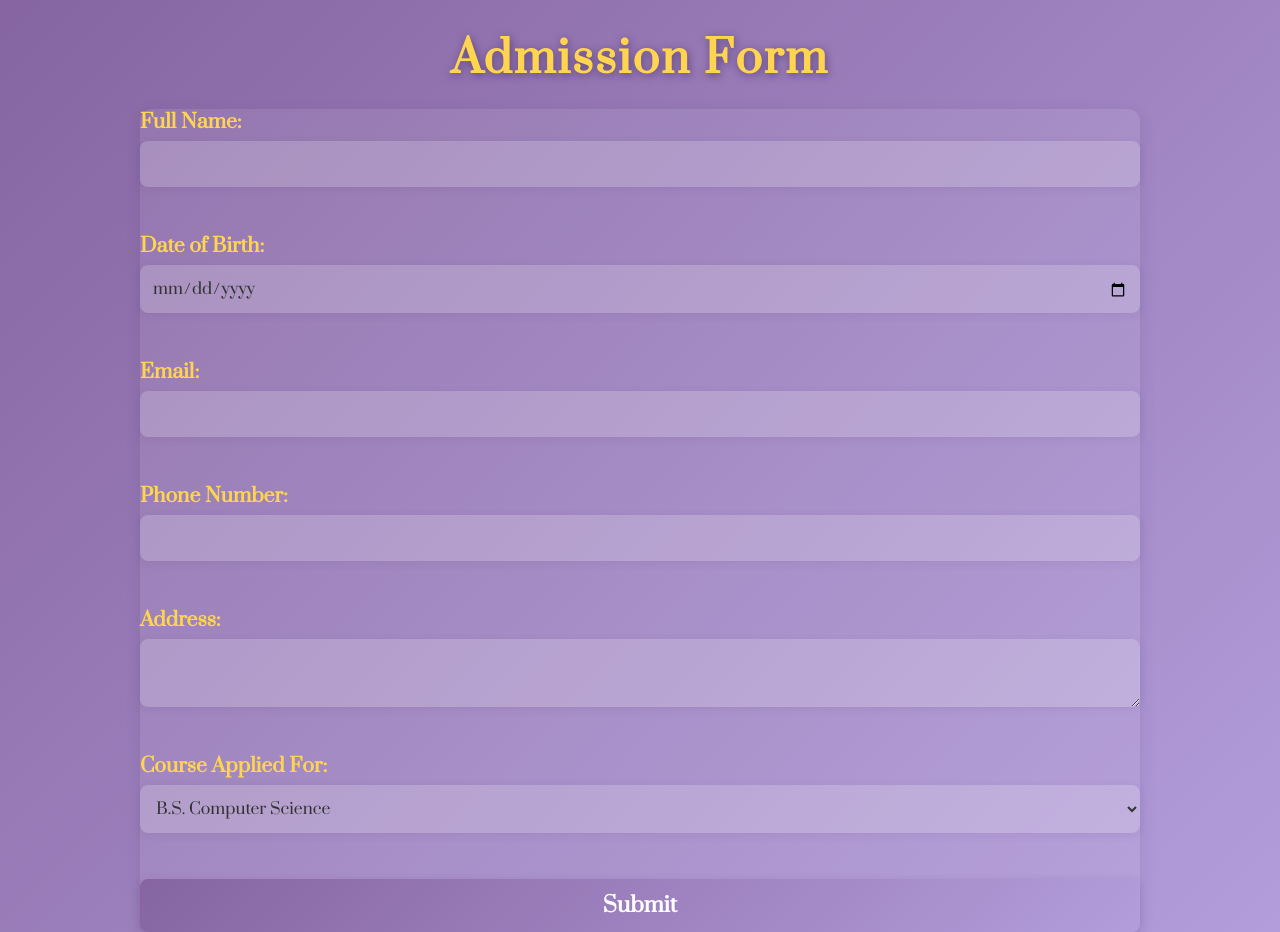
Repository: moinakhere/kelani_university
Page: admission.html
An editor plug-in stored every save of this project. The page is shown before and after the next save, followed by the edit.
The browser window is 1280 px wide. The pictures show the whole page.

Above is the page before, as saved 2025-08-04 22:08:59.

### admission.html
<!DOCTYPE html>
<html>
<head>
    <meta charset="UTF-8">
    <meta name="viewport" content="width=device-width, initial-scale=1.0">
    <link rel="stylesheet" href="css/comppage.css">
</head>
<body class="form-body">
    <h1 class="form-head">Admission Form</h1>
    <form class="form">
        <label for="fullname">Full Name:</label>
        <input type="text" id="fullname" name="fullname" required><br><br>

        <label for="dob">Date of Birth:</label>
        <input type="date" id="dob" name="dob" required><br><br>

        <label for="email">Email:</label>
        <input type="email" id="email" name="email" required><br><br>

        <label for="phone">Phone Number:</label>
        <input type="tel" id="phone" name="phone" required><br><br>

        <label for="address">Address:</label>
        <textarea id="address" name="address" required></textarea><br><br>

        <label for="course">Course Applied For:</label>
        <select>
            <option value="compsc">B.S. Computer Science</option>
            <option value="math">B.S. Mathematics</option>
            <option value="bot">B.S. Botany</option>
            <option value="zoo">B.S. Zoology</option>
            <option value="phy">B.S. Physics</option>
            <option value="chem">B.S. Chemistry</option>
            <option value="stat">B.S. Statistics</option>
        </select><br><br>

        <input type="submit" value="Submit">
    </form>
</body>
</html>

### css/comppage.css
@import url('https://fonts.googleapis.com/css2?family=Courier+Prime:ital,wght@0,400;0,700;1,400;1,700&display=swap');
@import url('https://fonts.googleapis.com/css2?family=Courier+Prime:ital,wght@0,400;0,700;1,400;1,700&family=Prata&display=swap');
/*
Comp Pages CSS
*/
body {
    background: linear-gradient(135deg, #8665A1 0%, #B39DDB 100%);
    color: #fff;
    font-family: 'Courier Prime', monospace;
    margin: 0;
    padding: 0;
    height: 100%;
}

.container {
    max-width: 800px;
    margin: 40px auto;
    background: rgba(4, 207, 190, 0.9);
    border-radius: 18px;
    box-shadow: 0 8px 32px rgba(60, 40, 90, 0.25);
    padding: 40px 32px;
}

h1 {
    font-size: 5em;
    margin-bottom: 0.5em;
    letter-spacing: 2px;
    text-align: center;
    color: #FFD54F;
    text-shadow: 1px 2px 8px #5e437a;
}

p {
    font-size: 1.5em;
    line-height: 1.25;
    margin-bottom: 1.2em;
}

li {
    font-size: 1.5em;
    line-height: 1.25;
    margin-bottom: 1.2em;
}

@media (max-width: 600px) {
    .container {
        padding: 18px 8px;
    }

    h1 {
        font-size: 2em;
    }

    p {
        font-size: 1em;
    }
}
/*
Admission Form CSS
*/
.form {
    display: flex;
    flex-direction: column;
    background: rgba(255,255,255,0.08);
    max-width: 1000px;
    max-height: none;
    border-radius: 12px;
    box-shadow: 0 4px 16px rgba(60, 40, 90, 0.12);
    margin: 0px auto;
}

.form label {
    font-size: 1.1em;
    color: #FFD54F;
    margin-bottom: 6px;
    font-weight: bold;
}

.form input,
.form textarea,
.form select {
    padding: 12px;
    border-radius: 8px;
    border: none;
    font-size: 0.9em;
    font-family: inherit;
    background: rgba(255,255,255,0.18);
    color: #333;
    transition: background 0.2s, box-shadow 0.2s;
    box-shadow: 0 2px 8px rgba(60, 40, 90, 0.08);
}

.form input:focus,
.form textarea:focus,
.form select:focus {
    background: #fff;
    outline: none;
    box-shadow: 0 0 0 2px #8665A1;
}

.form button,
.form input[type="submit"] {
    padding: 12px 24px;
    border-radius: 8px;
    border: none;
    background: linear-gradient(135deg, #8665A1 0%, #B39DDB 100%);
    color: #fff;
    font-size: 1.2em;
    font-weight: bold;
    cursor: pointer;
    transition: background 0.2s, box-shadow 0.2s;
    box-shadow: 0 2px 8px rgba(60, 40, 90, 0.15);
}

.form button:hover,
.form input[type="submit"]:hover {
    background: linear-gradient(135deg, #B39DDB 0%, #8665A1 100%);
    box-shadow: 0 4px 16px rgba(60, 40, 90, 0.18);
}
.form-body {
    background: linear-gradient(135deg, #8665A1 0%, #B39DDB 100%);
    color: #fff;
    font-family: "Prata",serif;
    font-size: 1.1em;
    margin: 0;
    padding: 0;
    height: 100%;
}
.form-head {
    text-align: center;
    font-size: 2.5em;
    margin-bottom: 20px;
    color: #FFD54F;
    text-shadow: 1px 2px 8px #5e437a;
}

After the next save:
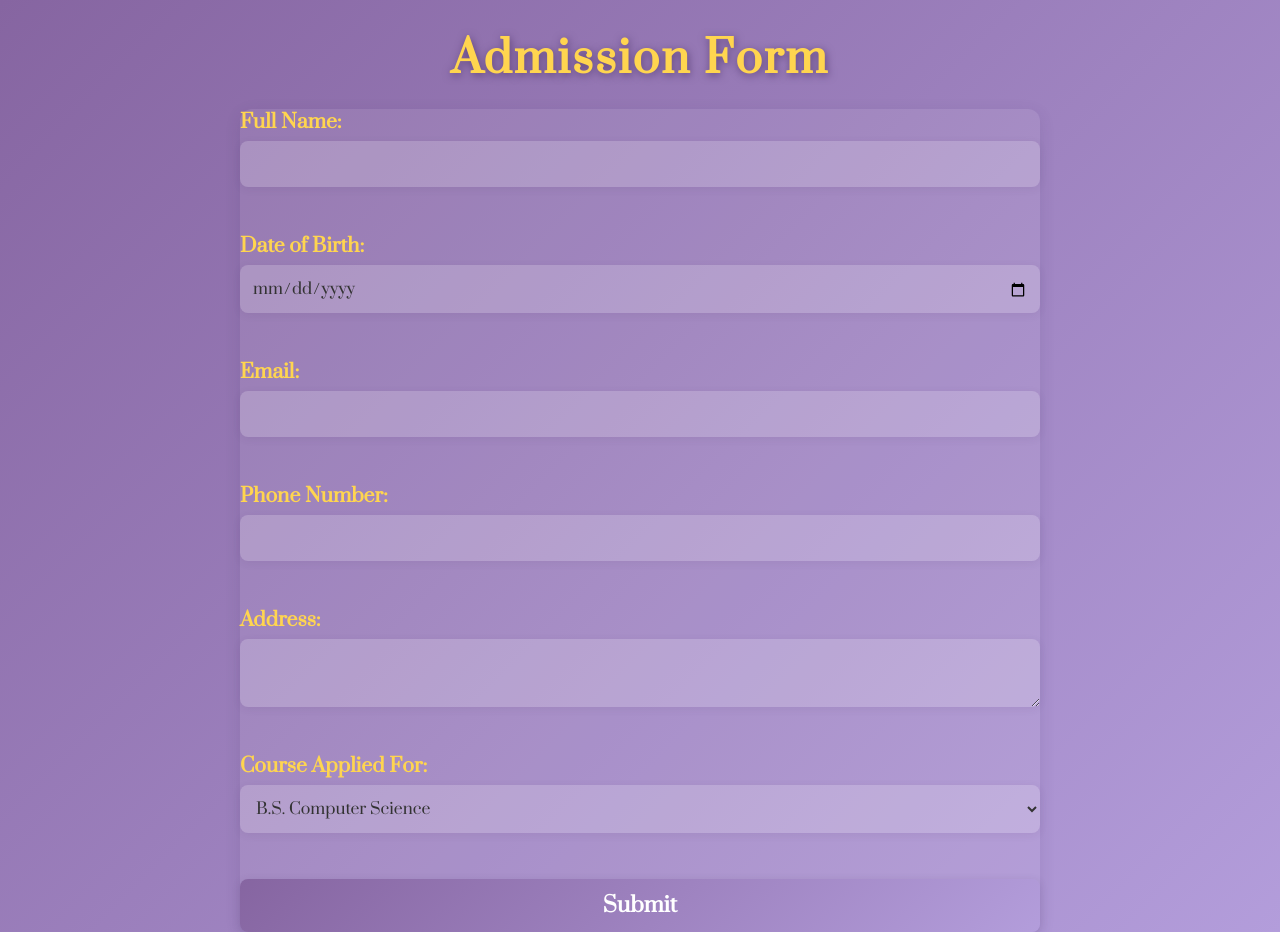
Saved 2 min 4 s later.
--- a/css/comppage.css
+++ b/css/comppage.css
@@ -62,7 +62,7 @@ Admission Form CSS
     display: flex;
     flex-direction: column;
     background: rgba(255,255,255,0.08);
-    max-width: 1000px;
+    max-width: 800px;
     max-height: none;
     border-radius: 12px;
     box-shadow: 0 4px 16px rgba(60, 40, 90, 0.12);
